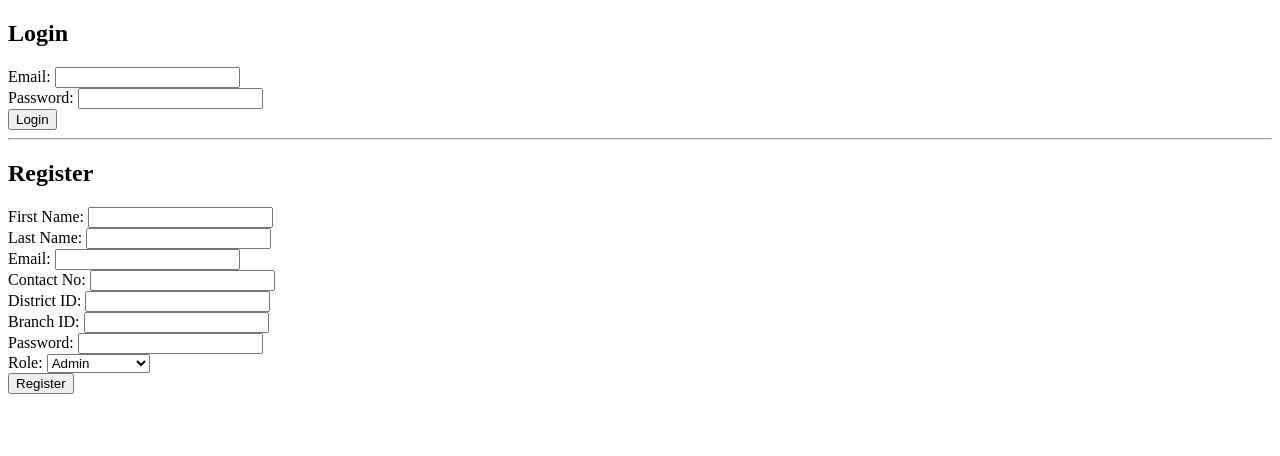
Repository: WhenAkiarfs/QCPLTsys
Page: http://localhost/
The author's editor kept a copy of each file at every save. The page is drawn from the files as they stood at one save, then again after a run of saves.
The browser window is 1280 px wide. The pictures show the whole page.
The page is run by PHP 8.4 with error messages shown; the project is at /var/www/html/.

Above is the page before, as saved 2025-03-25 14:10:00.

### Index.php
<!DOCTYPE html>
<html>
<head>
    <title>Admin & User Login</title>
</head>
<body>

<h2>Login</h2>
<form action="login.php" method="POST">
    <label>Email:</label>
    <input type="email" name="email" required><br>
    <label>Password:</label>
    <input type="password" name="password" required><br>
    <button type="submit">Login</button>
</form>

<hr>

<h2>Register</h2>
<form action="register.php" method="POST">
    <label>First Name:</label>
    <input type="text" name="first_name" required><br>
    <label>Last Name:</label>
    <input type="text" name="last_name" required><br>
    <label>Email:</label>
    <input type="email" name="email" required><br>
    <label>Contact No:</label>
    <input type="number" name="contactno" required><br>
    <label>District ID:</label>
    <input type="number" name="district_id" required><br>
    <label>Branch ID:</label>
    <input type="number" name="branch_id" required><br>
    <label>Password:</label>
    <input type="password" name="password" required><br>

    <label>Role:</label>
    <select name="role_id">
        <option value="1">Admin</option>
        <option value="2">BranchAdmin</option>
        <option value="3">ITstaff</option>
        <option value="4"serEmp</option>


    </select><br>

    <div id="admin_fields" style="display:none;">
        <label>Position:</label>
        <input type="text" name="position"><br>
        <label>Department:</label>
        <input type="text" name="department"><br>
    </div>

    <button type="submit">Register</button>
</form>

<script>
    document.querySelector('select[name="role_id"]').addEventListener('change', function () {
        if (this.value == 1) {
            document.getElementById('admin_fields').style.display = 'block';
        } else {
            document.getElementById('admin_fields').style.display = 'none';
        }
    });
</script>

</body>
</html>

After the next 2 saves:
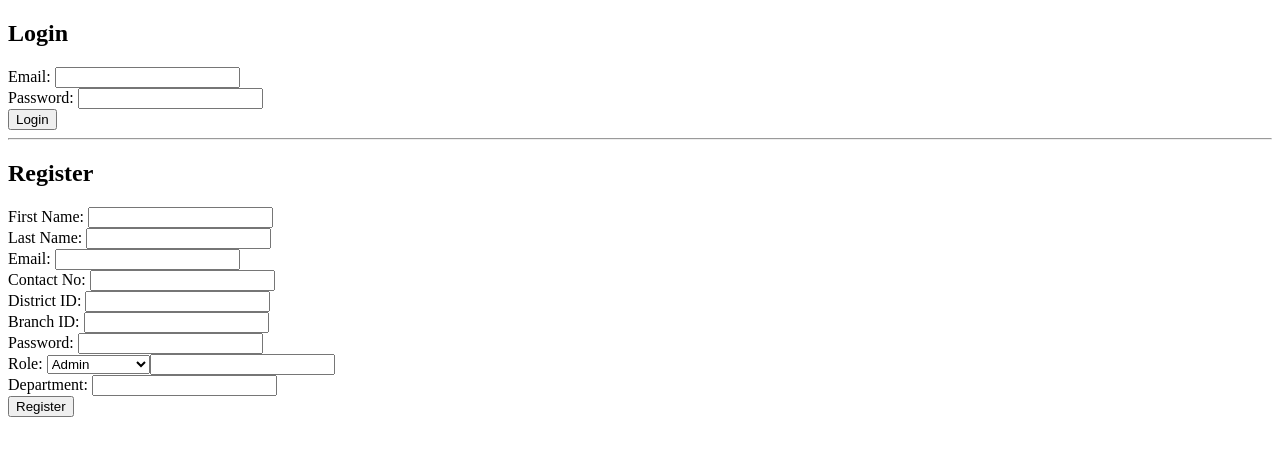
The 2 saves are shown as one change because they came seconds apart.
The last was saved 8 s later.
--- a/Index.php
+++ b/Index.php
@@ -38,7 +38,7 @@
         <option value="1">Admin</option>
         <option value="2">BranchAdmin</option>
         <option value="3">ITstaff</option>
-        <option value="4"serEmp</option>
+        <option value="4"UserEmp<
 
 
     </select><br>

After the save that followed:
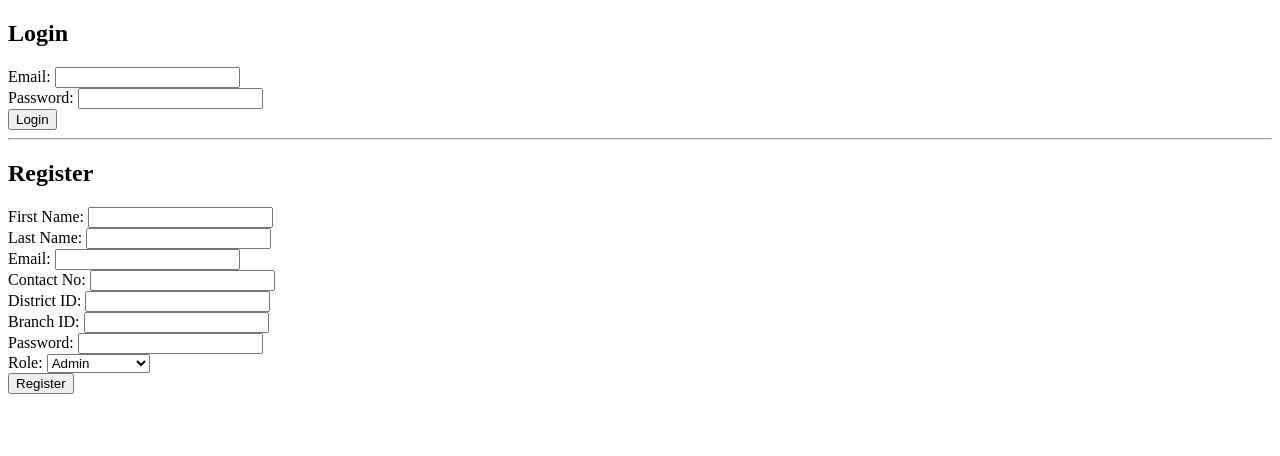
Saved 4 s later.
--- a/Index.php
+++ b/Index.php
@@ -38,7 +38,7 @@
         <option value="1">Admin</option>
         <option value="2">BranchAdmin</option>
         <option value="3">ITstaff</option>
-        <option value="4"UserEmp<
+        <option value="4"UserEmp</option></option>
 
 
     </select><br>
